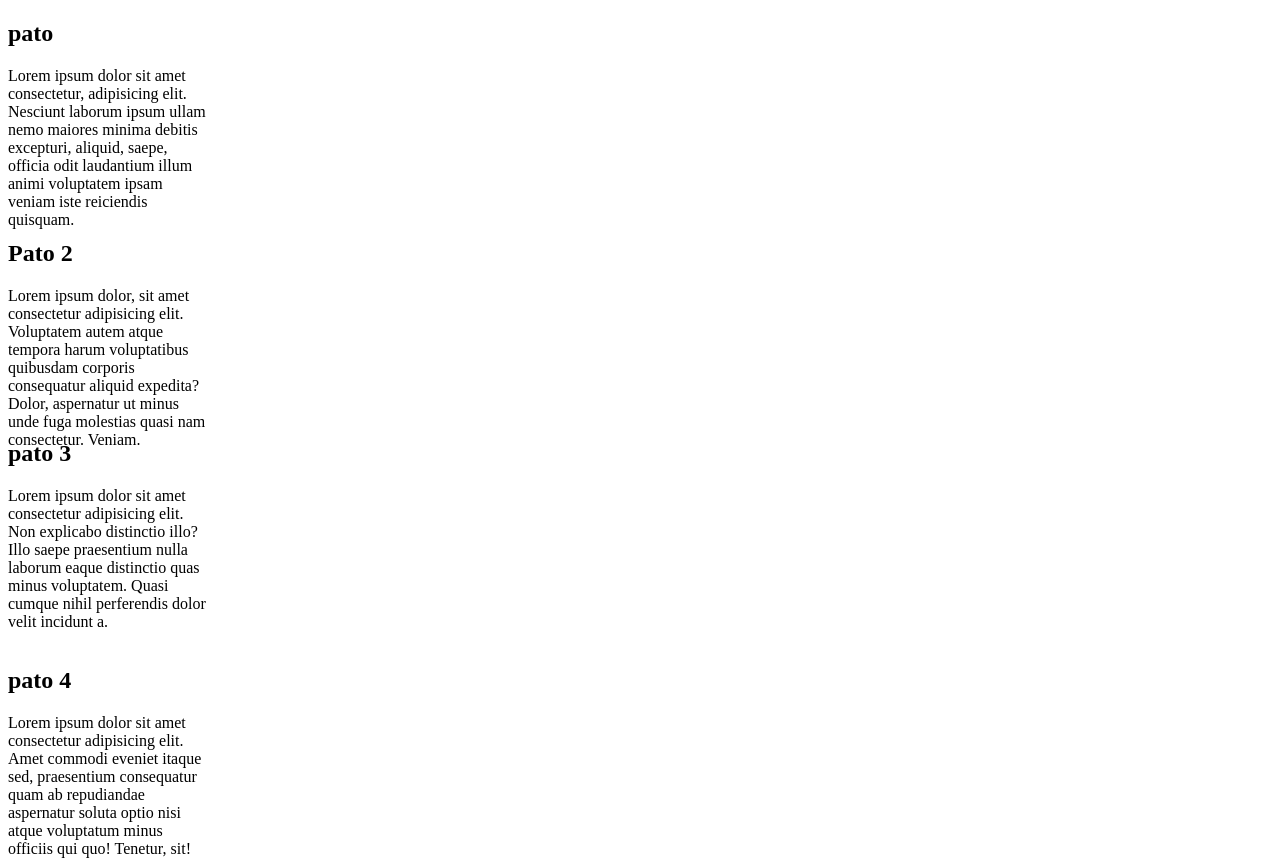
Repository: viviij/Fun-es-Simples-JavaScript
Page: index.html
An editor plug-in stored every save of this project. The page is shown before and after the next save, followed by the edit.
The browser window is 1280 px wide. The pictures show the whole page.

Above is the page before, as saved 2022-08-25 20:42:42.

After the next save:
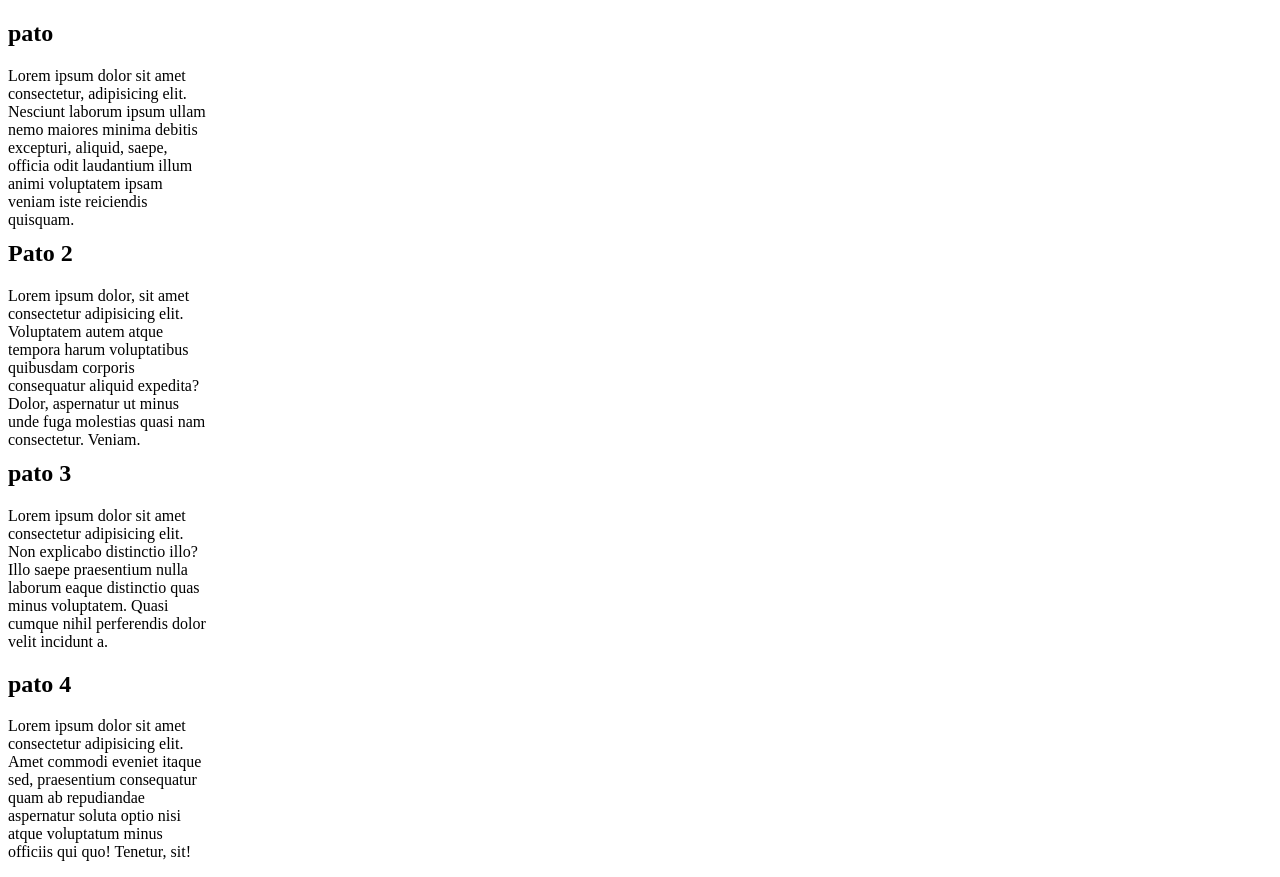
Saved 102 s later.
--- a/index.html
+++ b/index.html
@@ -14,24 +14,20 @@
         <p>Lorem ipsum dolor sit amet consectetur, adipisicing elit. Nesciunt laborum ipsum ullam nemo maiores minima debitis excepturi, aliquid, saepe, officia odit laudantium illum animi voluptatem ipsam veniam iste reiciendis quisquam.</p>
       </section>
 
-      <div class="containerAlinhamento">
-        <section class="questao_2">
-          <h1>Pato 2</h1>
-          <p>Lorem ipsum dolor, sit amet consectetur adipisicing elit. Voluptatem autem atque tempora harum voluptatibus quibusdam corporis consequatur aliquid expedita? Dolor, aspernatur ut minus unde fuga molestias quasi nam consectetur. Veniam.</p>
-        </section>
-      </div>
+      <section class="questao_2">
+        <h1>Pato 2</h1>
+        <p>Lorem ipsum dolor, sit amet consectetur adipisicing elit. Voluptatem autem atque tempora harum voluptatibus quibusdam corporis consequatur aliquid expedita? Dolor, aspernatur ut minus unde fuga molestias quasi nam consectetur. Veniam.</p>
+      </section>
 
       <section class="questao_3">
         <h1>pato 3</h1>
         <p>Lorem ipsum dolor sit amet consectetur adipisicing elit. Non explicabo distinctio illo? Illo saepe praesentium nulla laborum eaque distinctio quas minus voluptatem. Quasi cumque nihil perferendis dolor velit incidunt a.</p>
       </section>
 
-      <div class="containerAlinhamento">
-        <section class="questao_4">
-          <h1>pato 4</h1>
-          <p>Lorem ipsum dolor sit amet consectetur adipisicing elit. Amet commodi eveniet itaque sed, praesentium consequatur quam ab repudiandae aspernatur soluta optio nisi atque voluptatum minus officiis qui quo! Tenetur, sit!</p>
-        </section>
-      </div>
+      <section class="questao_4">
+        <h1>pato 4</h1>
+        <p>Lorem ipsum dolor sit amet consectetur adipisicing elit. Amet commodi eveniet itaque sed, praesentium consequatur quam ab repudiandae aspernatur soluta optio nisi atque voluptatum minus officiis qui quo! Tenetur, sit!</p>
+      </section>
     </div>
     <script src="Prova_Segunda_Etapa_C3C.js"></script>
   </body>
